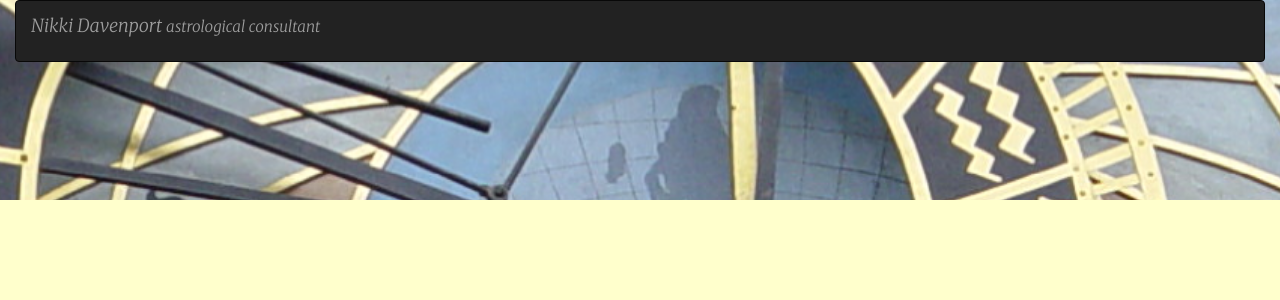
Repository: beaudavenport/astrologyDashboard
Page: prototype/index.html
The author's editor kept a record of every edit. The page is drawn from the files as they stood at one moment, then again after the next edit.
The browser window is 1280 px wide. The pictures show the whole page.
Some web libraries are served in a nearby version.

Above is the page before.

### prototype/index.html
<!DOCTYPE html>
<html>
<head>
    <title>Astro Dash Prototype</title>
    <link href='//fonts.googleapis.com/css?family=Merriweather:300italic,300' rel='stylesheet' type='text/css'>
    <link href="//maxcdn.bootstrapcdn.com/bootstrap/3.2.0/css/bootstrap.min.css" rel="stylesheet">
    <link href="assets/stylesheets/add-on-css.css" rel="stylesheet">
</head>
<body>
    <!-- Banner with heading -->
    <div class="container-fluid">
        <div class="row">
            <div class="text-center banner col-md-12">
                <nav class="navbar navbar-inverse">
                    <div class="container-fluid">
                        <p class="navbar-brand">Nikki Davenport <small>astrological consultant</small></p>
                    </div>
                </nav>
            </div>
        </div>
    </div>
</body>
</html>

### prototype/assets/stylesheets/add-on-css.css
body {
    background-color: #FFFFCC;
    font-family: 'Merriweather', serif;
}
img {
    max-width: 100%;
}
.banner {
    font-style: italic;
    height: 120px;
    background-image: url("../images/nikiastro-banner-moon2.png");
    background-position: center;
    background-size: 200%;
    color: white;
}
.spacer {
    height: 60px;
}
@media (min-width: 768px) {
    .banner {
        height: 150px;
    }
    .spacer {
        height: 90px;
    }
}
@media (min-width: 992px) {
    .banner {
        height: 200px;
    }
    .spacer {
        height: 140px;
    }
}

After the next edit:
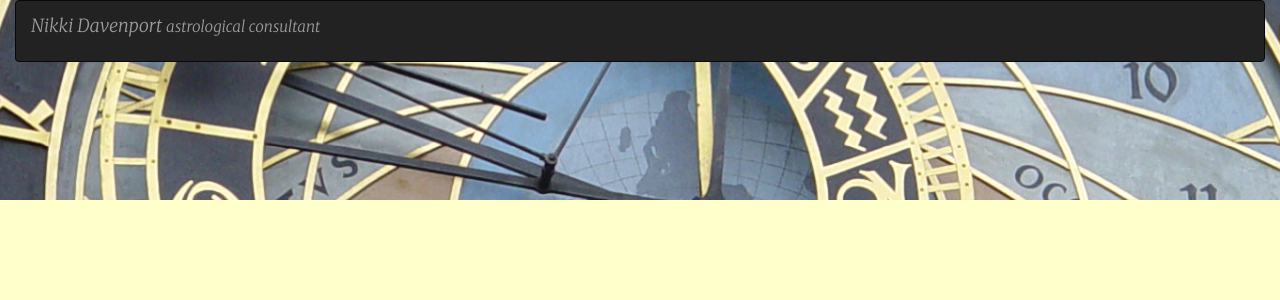
The edit:
--- a/prototype/assets/stylesheets/add-on-css.css
+++ b/prototype/assets/stylesheets/add-on-css.css
@@ -19,6 +19,7 @@
 @media (min-width: 768px) {
     .banner {
         height: 150px;
+        background-size: 125%;
     }
     .spacer {
         height: 90px;
